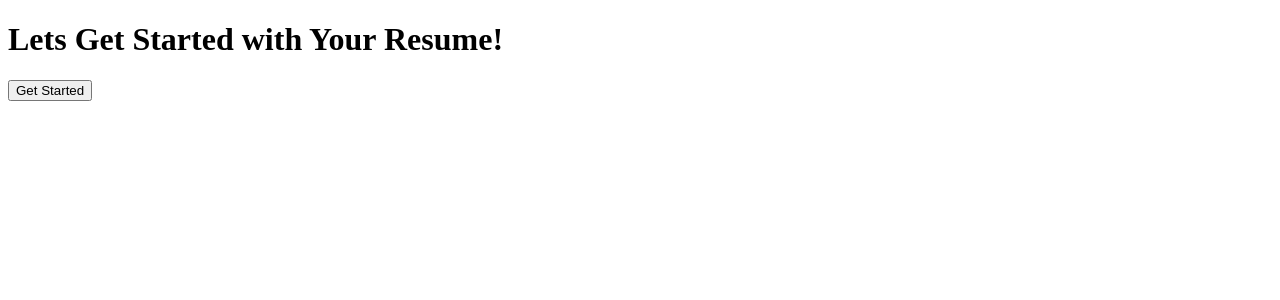
Repository: HyveMynd/cs4540
Page: http://localhost/
The author's editor kept a copy of each file at every save. The page is drawn from the files as they stood at one save, then again after the next save.
The browser window is 1280 px wide. The pictures show the whole page.
Some web libraries are served in a nearby version. The page is run by PHP 8.4 with error messages shown; the project is at /var/www/html/.

Above is the page before, as saved 2013-03-02 19:46:33.

### ps6/index.php
<?php
?>
<!DOCTYPE html PUBLIC "-//W3C//DTD HTML 4.01 Transitional//EN" "http://www.w3.org/TR/html4/loose.dtd">
<html>
<head>
<meta http-equiv="Content-Type" content="text/html; charset=UTF-8">
<script src="//ajax.googleapis.com/ajax/libs/jquery/1.8.2/jquery.min.js" type="text/javascript"></script>
<title>Insert title here</title>
</head>
<body>
	<form action="contactInfo.php">
		<h1>Lets Get Started with Your Resume!</h1>
		<input type="submit" value="Get Started" />
	</form>
</body>
</html>

### ps6/registrationLinks.php
<div class='regLinks' style="display: inline-block; text-align: right;">
<a href="login.php" >[<span style="color: blue;">Login</span>]</a>
<a href="register.php" >[<span style="color: blue;">Register</span>]</a>
</div>

After the next save:
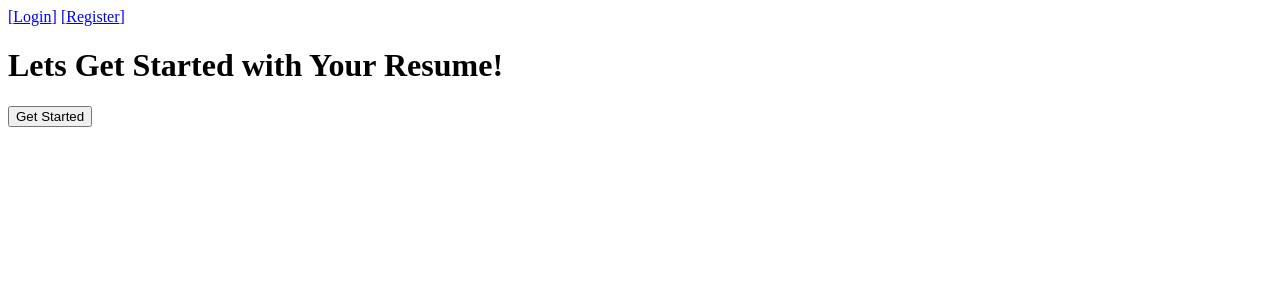
Saved 33 s later.
--- a/ps6/index.php
+++ b/ps6/index.php
@@ -1,5 +1,3 @@
-<?php
-?>
 <!DOCTYPE html PUBLIC "-//W3C//DTD HTML 4.01 Transitional//EN" "http://www.w3.org/TR/html4/loose.dtd">
 <html>
 <head>
@@ -7,6 +5,7 @@
 <script src="//ajax.googleapis.com/ajax/libs/jquery/1.8.2/jquery.min.js" type="text/javascript"></script>
 <title>Insert title here</title>
 </head>
+<?php include 'registrationLinks.php';?>
 <body>
 	<form action="contactInfo.php">
 		<h1>Lets Get Started with Your Resume!</h1>
